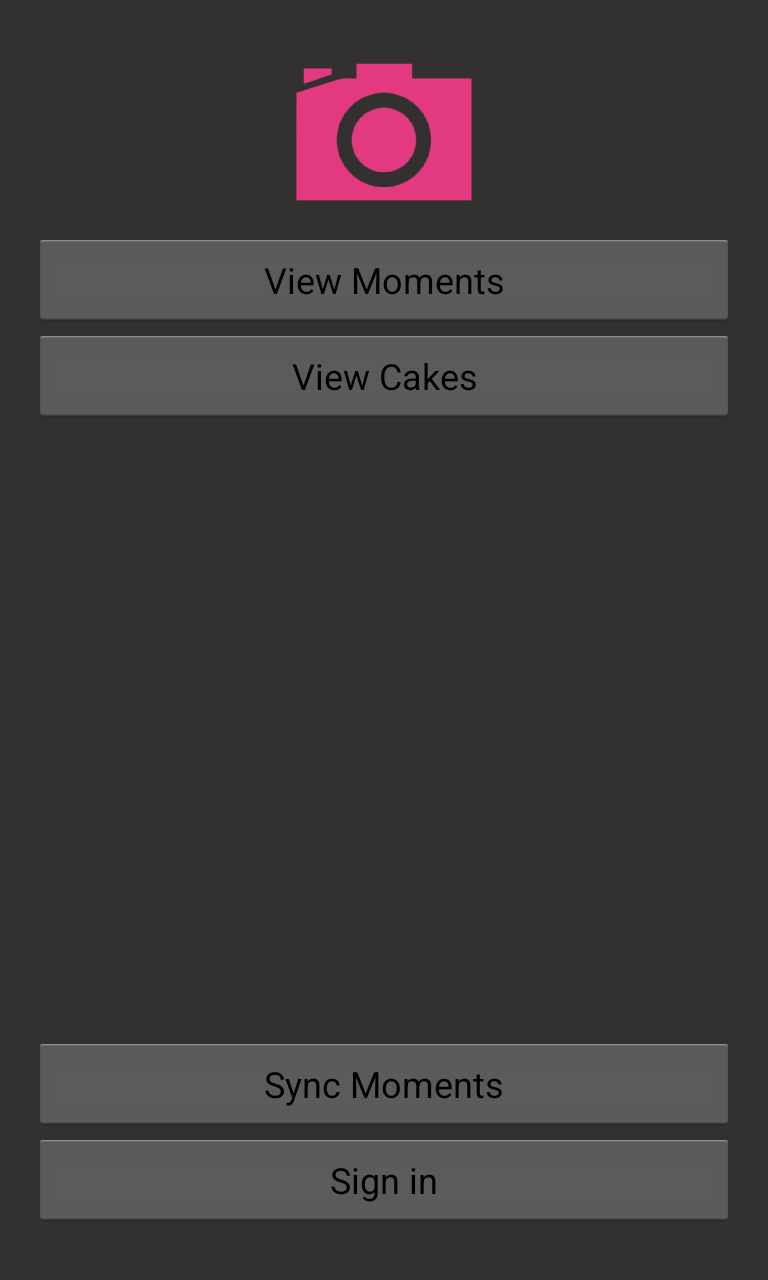
Repository: johnshaughnessy/onesec
Layout: OneSec-App/res/layout/activity_main.xml
These files come from the project's save history. The layout is drawn as it stood at one moment and after the next save; the edit follows.
It is drawn on a 768 x 1280 px phone screen (xhdpi) without system bars, with theme RetroTheme; the app's code is not run.

Above is the layout before, as saved 2013-07-13 20:53:53.

After the next save:
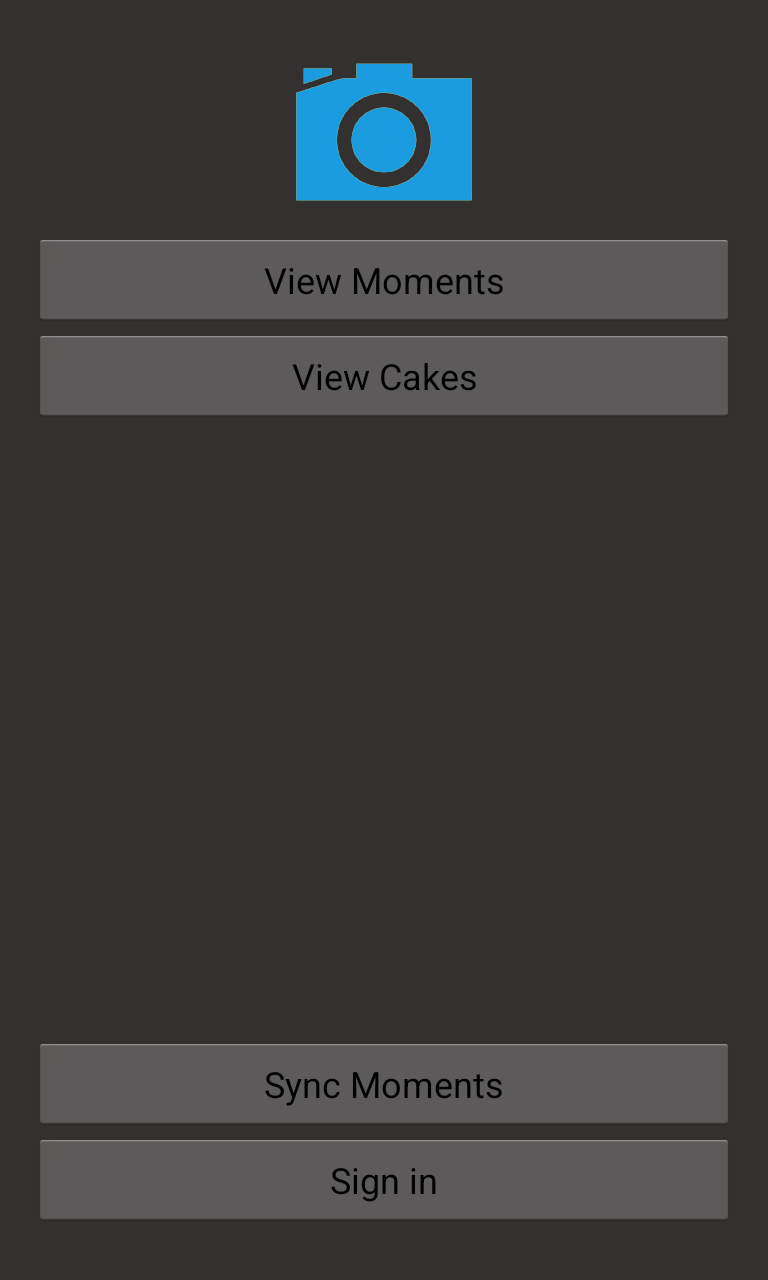
Saved 59 s later.
--- a/OneSec-App/res/layout/activity_main.xml
+++ b/OneSec-App/res/layout/activity_main.xml
@@ -15,6 +15,24 @@
         android:layout_centerHorizontal="true"
         android:radius="10dp"
         android:background="@drawable/pink_button"
+        android:onClick="takeSecond"  />
+
+    <Button
+        android:id="@+id/takeSecond"
+        android:layout_width="100dp"
+        android:layout_height="100dp"
+        android:layout_centerHorizontal="true"
+        android:radius="10dp"
+        android:background="@drawable/green_button"
+        android:onClick="takeSecond"  />
+
+    <Button
+        android:id="@+id/takeSecond"
+        android:layout_width="100dp"
+        android:layout_height="100dp"
+        android:layout_centerHorizontal="true"
+        android:radius="10dp"
+        android:background="@drawable/blue_button"
         android:onClick="takeSecond"  />
 
     <Button
